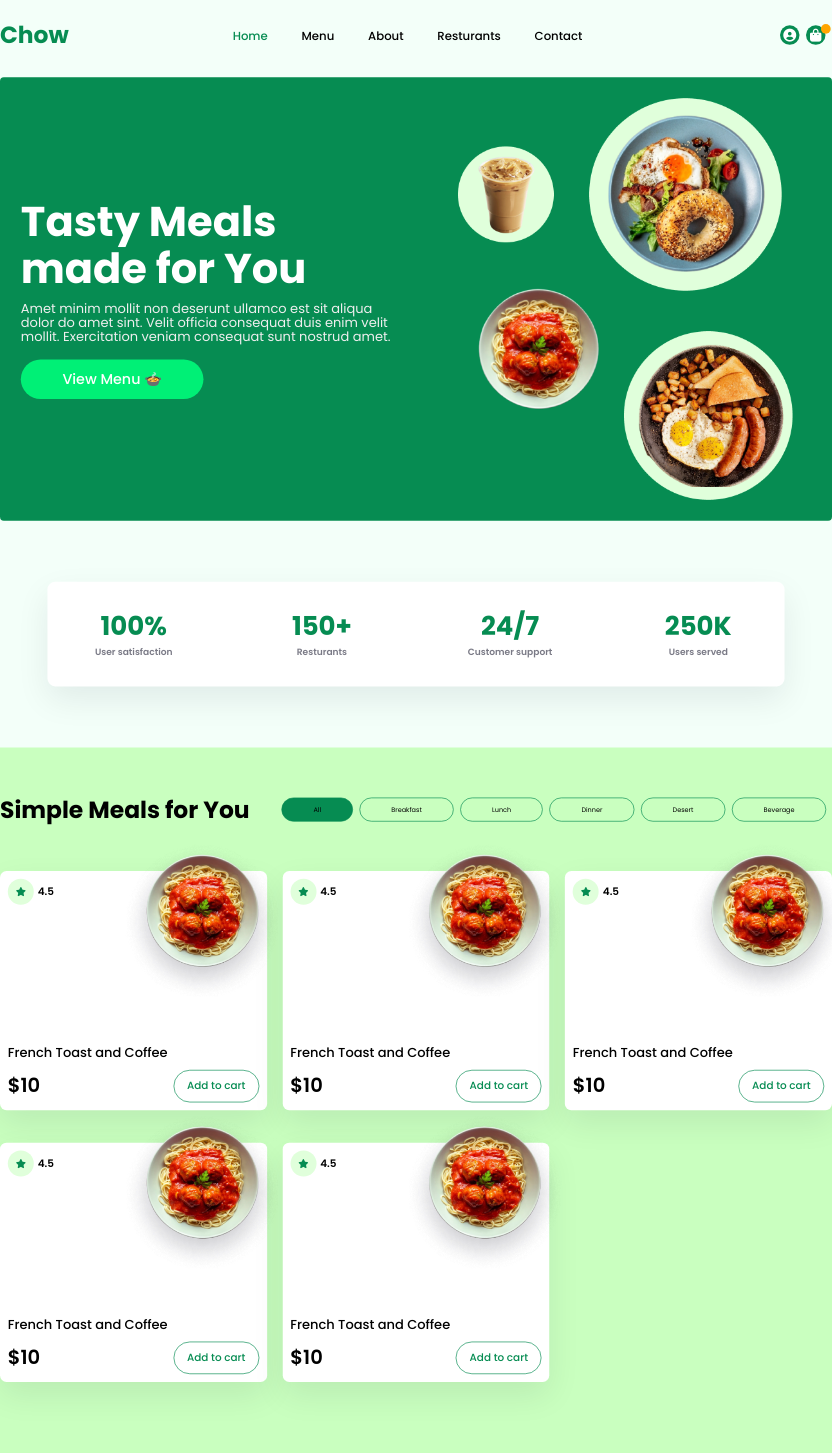
Repository: nguyennam1029/balbal
Page: index.html
These files come from the project's save history. The page is drawn as it stood at one moment and after the next save; the edit follows.
The browser window is 1280 px wide. The pictures show the whole page, at 65% of full size.
Some web libraries are served in a nearby version.

Above is the page before, as saved 2022-07-01 22:37:34.

### index.html
<!DOCTYPE html>
<html lang="en">
  <head>
    <meta charset="UTF-8" />
    <meta http-equiv="X-UA-Compatible" content="IE=edge" />
    <meta name="viewport" content="width=device-width, initial-scale=1.0" />
    <title>Chow</title>
    <link
      rel="stylesheet"
      href="https://cdnjs.cloudflare.com/ajax/libs/font-awesome/6.1.1/css/all.min.css"
      integrity="sha512-KfkfwYDsLkIlwQp6LFnl8zNdLGxu9YAA1QvwINks4PhcElQSvqcyVLLD9aMhXd13uQjoXtEKNosOWaZqXgel0g=="
      crossorigin="anonymous"
      referrerpolicy="no-referrer"
    />
    <link rel="stylesheet" href="css/grid.css" />
    <link rel="stylesheet" href="css/style.css" />
  </head>
  <body>
    <div class="app">
      <div class="grid wide">
        <div class="menu">
          <a href="#" class="menu-left">Chow</a>
          <ul class="menu-center">
            <li class="menu-center-item">
              <a href="#" class="menu-center--link active">Home</a>
            </li>
            <li class="menu-center-item">
              <a href="#" class="menu-center--link">Menu</a>
            </li>
            <li class="menu-center-item">
              <a href="#" class="menu-center--link">About</a>
            </li>
            <li class="menu-center-item">
              <a href="#" class="menu-center--link">Resturants</a>
            </li>
            <li class="menu-center-item">
              <a href="#" class="menu-center--link">Contact</a>
            </li>
          </ul>
          <ul class="menu-right">
            <li class="menu-right-item">
              <a href="#" class="menu-right--link">
                <i class="fa-solid fa-circle-user"></i>
              </a>
            </li>
            <li class="menu-right-item">
              <a href="#" class="menu-right--link active">
                <i class="fa-solid fa-bag-shopping"></i>
                <span class="menu-right--circle"></span>
              </a>
            </li>
          </ul>
        </div>
        <div class="banner">
          <div class="row">
            <div class="col l-6 m-6 c-12">
              <div class="banner-info">
                <h1 class="banner-title">Tasty Meals made for You</h1>
                <span class="banner-des"
                  >Amet minim mollit non deserunt ullamco est sit aliqua dolor
                  do amet sint. Velit officia consequat duis enim velit mollit.
                  Exercitation veniam consequat sunt nostrud amet.</span
                >
                <a href="#" class="banner-btn"> View Menu 🍲 </a>
              </div>
            </div>
            <div class="col l-6 m-6 c-12">
              <div class="banner-img">
                <img src="images/banner1.png" alt="" />
              </div>
            </div>
          </div>
        </div>
        <div class="statistical">
          <div class="row">
            <div class="col l-3 m-6 c-12">
              <div class="statistical-item">
                <h3 class="statistical-item--title">100%</h3>
                <span class="statistical-item--des">User satisfaction</span>
              </div>
            </div>
            <div class="col l-3 m-6 c-12">
              <div class="statistical-item">
                <h3 class="statistical-item--title">150+</h3>
                <span class="statistical-item--des">Resturants</span>
              </div>
            </div>
            <div class="col l-3 m-6 c-12">
              <div class="statistical-item">
                <h3 class="statistical-item--title">24/7</h3>
                <span class="statistical-item--des">Customer support</span>
              </div>
            </div>
            <div class="col l-3 m-6 c-12">
              <div class="statistical-item">
                <h3 class="statistical-item--title">250K</h3>
                <span class="statistical-item--des">Users served</span>
              </div>
            </div>
          </div>
        </div>
      </div>
      <div class="product">
        <div class="grid wide">
          <div class="product-top row">
            <div class="col l-4 m-3 c-12">
              <h3 class="product-heading">Simple Meals for You</h3>
            </div>
            <div class="col l-8 m-8 c-12">
              <ul class="tab-list">
                <li class="tab-item active">All</li>
                <li class="tab-item">Breakfast</li>
                <li class="tab-item">Lunch</li>
                <li class="tab-item">Dinner</li>
                <li class="tab-item">Desert</li>
                <li class="tab-item">Beverage</li>
              </ul>
            </div>
          </div>
          <div class="product-list">
            <div class="row">
              <div class="col l-4 m-6 c-12">
                <div class="product-item">
                  <img
                    class="product-item--img"
                    src="images/product1.png"
                    alt=""
                  />
                  <div class="product-item--rating">
                    <i class="fa-solid fa-star"></i>
                    <span>4.5</span>
                  </div>
                  <div class="product-item--content">
                    <h4 class="product-item--name">French Toast and Coffee</h4>
                    <div class="product-item--footer">
                      <span class="product-item--price">$10</span>
                      <a href="#" class="product-item--btn">Add to cart</a>
                    </div>
                  </div>
                </div>
              </div>

              <div class="col l-4 m-6 c-12">
                <div class="product-item">
                  <img
                    class="product-item--img"
                    src="images/product1.png"
                    alt=""
                  />
                  <div class="product-item--rating">
                    <i class="fa-solid fa-star"></i>
                    <span>4.5</span>
                  </div>
                  <div class="product-item--content">
                    <h4 class="product-item--name">French Toast and Coffee</h4>
                    <div class="product-item--footer">
                      <span class="product-item--price">$10</span>
                      <a href="#" class="product-item--btn">Add to cart</a>
                    </div>
                  </div>
                </div>
              </div>

              <div class="col l-4 m-6 c-12">
                <div class="product-item">
                  <img
                    class="product-item--img"
                    src="images/product1.png"
                    alt=""
                  />
                  <div class="product-item--rating">
                    <i class="fa-solid fa-star"></i>
                    <span>4.5</span>
                  </div>
                  <div class="product-item--content">
                    <h4 class="product-item--name">French Toast and Coffee</h4>
                    <div class="product-item--footer">
                      <span class="product-item--price">$10</span>
                      <a href="#" class="product-item--btn">Add to cart</a>
                    </div>
                  </div>
                </div>
              </div>

              <div class="col l-4 m-6 c-12">
                <div class="product-item">
                  <img
                    class="product-item--img"
                    src="images/product1.png"
                    alt=""
                  />
                  <div class="product-item--rating">
                    <i class="fa-solid fa-star"></i>
                    <span>4.5</span>
                  </div>
                  <div class="product-item--content">
                    <h4 class="product-item--name">French Toast and Coffee</h4>
                    <div class="product-item--footer">
                      <span class="product-item--price">$10</span>
                      <a href="#" class="product-item--btn">Add to cart</a>
                    </div>
                  </div>
                </div>
              </div>

              <div class="col l-4 m-6 c-12">
                <div class="product-item">
                  <img
                    class="product-item--img"
                    src="images/product1.png"
                    alt=""
                  />
                  <div class="product-item--rating">
                    <i class="fa-solid fa-star"></i>
                    <span>4.5</span>
                  </div>
                  <div class="product-item--content">
                    <h4 class="product-item--name">French Toast and Coffee</h4>
                    <div class="product-item--footer">
                      <span class="product-item--price">$10</span>
                      <a href="#" class="product-item--btn">Add to cart</a>
                    </div>
                  </div>
                </div>
              </div>
            </div>
          </div>
        </div>
      </div>
    </div>
  </body>
</html>

### css/style.css
@import url('https://fonts.googleapis.com/css2?family=Poppins:wght@400;500;600;700&display=swap');

*,
*::before,
*::after {
    box-sizing: border-box;
}

* {
    margin : 0;
    padding: 0;
}

html {
    font-family: 'Poppins',
        sans-serif;
    font-size: 62.5%;
}

html,
body {
    height: 100%;
}

body {
    line-height: 1.5;
}

img,
picture,
video,
canvas,
svg {
    display  : block;
    max-width: 100%;
}

input,
button,
textarea,
select {
    font   : inherit;
    outline: none;
}

p,
h1,
h2,
h3,
h4,
h5,
h6 {
    overflow-wrap: break-word;
}

a {
    text-decoration: none;
}

ul {
    list-style: none;
}

.app {
    background-color: #f3fff9;
    padding-top     : 34px;
    overflow-x      : hidden;
}

.menu {
    display        : flex;
    justify-content: space-between;
    align-items    : center;
    margin         : 0 0 45px;
}

.menu-left {
    font-weight: 700;
    font-size  : 3.6rem;
    line-height: 40px;

    color: #068C52;
}

.menu-center,
.menu-right {
    display        : flex;
    justify-content: center;
    align-items    : center;
}

.menu-center--link {
    margin-right: 52px;
    font-weight : 500;
    font-size   : 1.8rem;
    line-height : 27px;
    color       : #000000;
}

.menu-center--link.active {
    color: #068C52;
}

.menu-right--link {
    margin-right         : 10px;
    display              : flex;
    justify-content      : center;
    align-items          : center;
    width                : 30px;
    height               : 30px;
    border-radius        : 50%;
    -webkit-border-radius: 50%;
    -moz-border-radius   : 50%;
    -ms-border-radius    : 50%;
    -o-border-radius     : 50%;
    background-color     : #068C52;
}

.menu-right--link i {
    color    : #fff;
    font-size: 2rem;
}

.menu-right--link.active {
    position: relative;
}

.menu-right--circle {
    position             : absolute;
    top                  : -2px;
    right                : -8px;
    width                : 15px;
    height               : 15px;
    background           : #FFA500;
    border-radius        : 50%;
    -webkit-border-radius: 50%;
    -moz-border-radius   : 50%;
    -ms-border-radius    : 50%;
    -o-border-radius     : 50%;
}

.banner {
    background-color     : #068C52;
    border-radius        : 6px;
    -webkit-border-radius: 6px;
    -moz-border-radius   : 6px;
    -ms-border-radius    : 6px;
    -o-border-radius     : 6px;
    padding              : 32px;
}

.banner-info {
    display           : flex;
    justify-content   : center;
    /* align-items    : center; */
    flex-direction    : column;
    height            : 100%;
}

.banner-title {
    font-weight: 700;
    font-size  : 6.4rem;
    line-height: 72px;

    color: #FFFFFF;
}

.banner-des {
    font-weight: 400;
    font-size  : 2rem;
    line-height: 22px;
    display    : block;
    color      : #EFEFEF;
    margin     : 14px 0 24px;
}

.banner-btn {
    font-weight          : 500;
    font-size            : 2.2rem;
    line-height          : 33px;
    padding              : 14px 64px;
    /*Primary/White*/
    color                : #FFFFFF;
    background           : #00F076;
    border-radius        : 32px;
    -webkit-border-radius: 32px;
    -moz-border-radius   : 32px;
    -ms-border-radius    : 32px;
    -o-border-radius     : 32px;
    width                : fit-content;
}

.statistical {
    max-width    : 1134px;
    margin       : 94px auto;
    /* border    : 1px solid; */
    background   : #FFFFFF;
    /* Drop Shadow/High */
    padding      : 40px 0;
    box-shadow   : 0px 20px 50px rgba(18, 17, 39, 0.08);
    border-radius: 12px;
    text-align   : center;
}

.statistical-item--title {
    font-weight: 700;
    font-size  : 4rem;
    line-height: 140%;
    /* identical to box height, or 56px */

    text-align: center;

    color: #068C52;
}

.statistical-item--des {
    font-weight: 600;
    font-size  : 1.4rem;
    line-height: 180%;
    color      : rgba(18, 17, 39, 0.56);
}

.product {
    background-color: #c9ffbf;
    padding         : 76px 0 46px;
}

.product-top {
    display        : flex;
    justify-content: space-between;
    align-items    : center;
}

.product-heading {
    font-weight: 700;
    font-size  : 3.6rem;
    line-height: 40px;

    color: #000000;
}

.tab-list {
    display        : flex;
    justify-content: center;
    align-items    : center;

}

.tab-item {
    padding           : 10px 48px;
    border            : 1px solid #068C52;
    border-radius     : 40px;
    display           : block;
    margin-right      : 10px;
    cursor            : pointer;
    transition        : .25s ease-in;
    -webkit-transition: .25s ease-in;
    -moz-transition   : .25s ease-in;
    -ms-transition    : .25s ease-in;
    -o-transition     : .25s ease-in;
}

.tab-item.active {
    background: #068C52;
    cursor    : default;
}

.tab-item:hover {
    background: #068c5290;
}

.product-list {
    margin: 24px 0 64px;
}

.product-item {
    background     : #FFFFFF;
    box-shadow     : 0px 20px 50px rgba(18, 17, 39, 0.08);
    border-radius  : 10px;
    min-height     : 368px;
    padding        : 12px;
    display        : flex;
    justify-content: space-between;

    flex-direction: column;
    position      : relative;
    margin-top    : 50px;
}

.product-item--img {
    position: absolute;
    top     : -86px;
    right   : -105px;
}

.product-item--rating {
    display           : flex;
    /* justify-content: center; */
    align-items       : center;
}

.product-item--rating i {
    width                : 40px;
    height               : 40px;
    font-size            : 1.4rem;
    border-radius        : 50%;
    color                : #068C52;
    background-color     : #E0FFDB;
    -webkit-border-radius: 50%;
    -moz-border-radius   : 50%;
    -ms-border-radius    : 50%;
    -o-border-radius     : 50%;
    display              : flex;
    justify-content      : center;
    align-items          : center;
}

.product-item--rating span {
    margin-left: 6px;
    font-weight: 600;
    font-size  : 1.6rem;
    line-height: 24px;
    /* identical to box height */


    color: #000000;
}

.product-item--name {
    font-weight: 500;
    font-size  : 2rem;
    line-height: 30px;
    /* identical to box height */

    font-feature-settings: 'liga'off;

    color        : #000000;
    margin-bottom: 12px;
}

.product-item--price {
    font-weight: 600;
    font-size  : 3rem;
    line-height: 45px;
    /* identical to box height */

    font-feature-settings: 'liga'off;

    color: #000000;
}

.product-item--footer {
    display        : flex;
    justify-content: space-between;
    align-items    : center;
    margin-bottom  : auto;
}

.product-item--btn {
    font-weight: 500;
    font-size  : 16px;
    line-height: 24px;
    /* identical to box height, or 150% */


    color        : #068C52;
    padding      : 12px 20px;
    background   : #FFFFFF;
    border       : 1px solid #068C52;
    border-radius: 100px;
}

Loaded but not shown: css/grid.css (592 lines, source omitted)

After the next save:
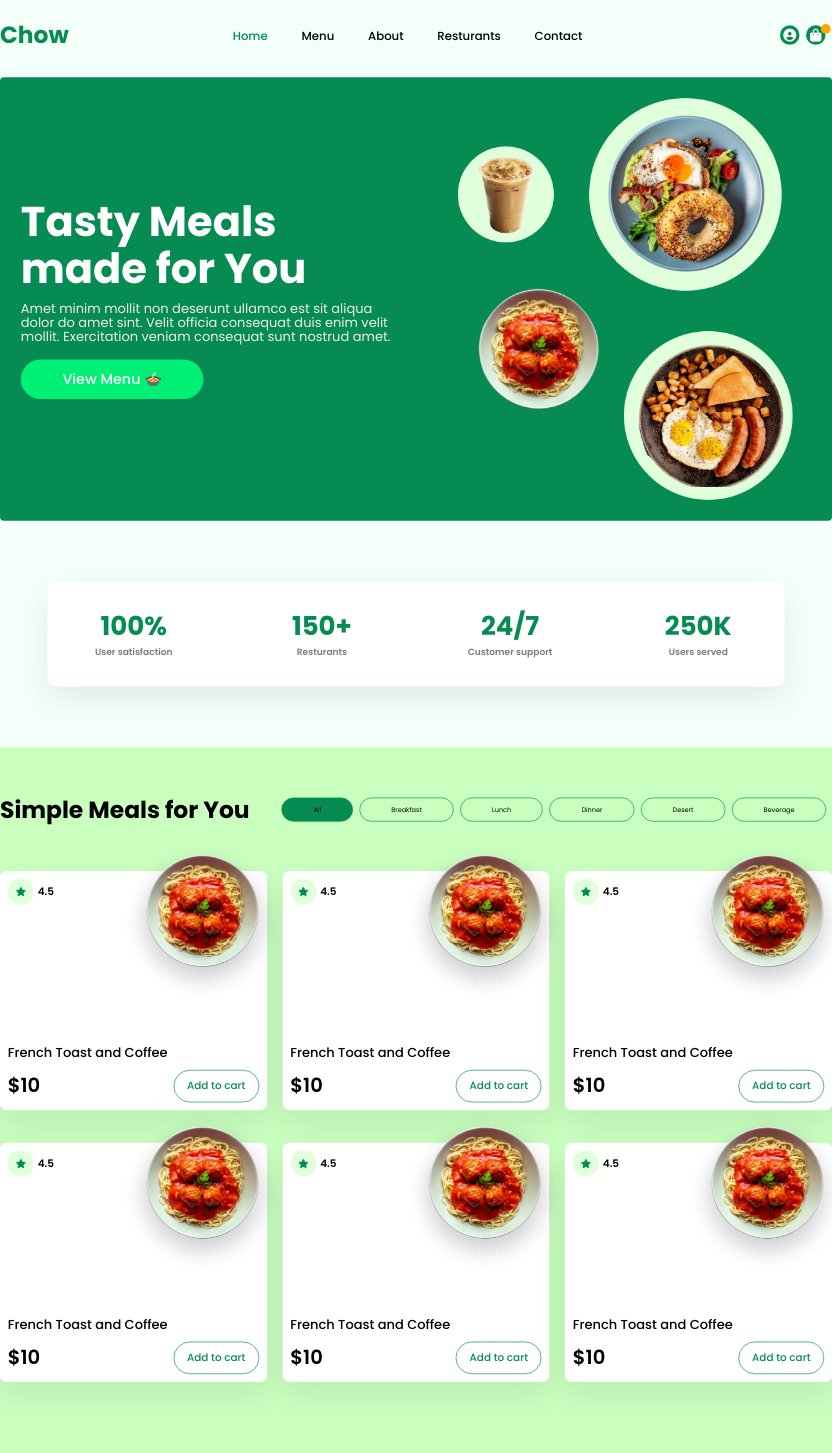
Saved 27 s later.
--- a/index.html
+++ b/index.html
@@ -223,6 +223,27 @@
                   </div>
                 </div>
               </div>
+
+              <div class="col l-4 m-6 c-12">
+                <div class="product-item">
+                  <img
+                    class="product-item--img"
+                    src="images/product1.png"
+                    alt=""
+                  />
+                  <div class="product-item--rating">
+                    <i class="fa-solid fa-star"></i>
+                    <span>4.5</span>
+                  </div>
+                  <div class="product-item--content">
+                    <h4 class="product-item--name">French Toast and Coffee</h4>
+                    <div class="product-item--footer">
+                      <span class="product-item--price">$10</span>
+                      <a href="#" class="product-item--btn">Add to cart</a>
+                    </div>
+                  </div>
+                </div>
+              </div>
             </div>
           </div>
         </div>
